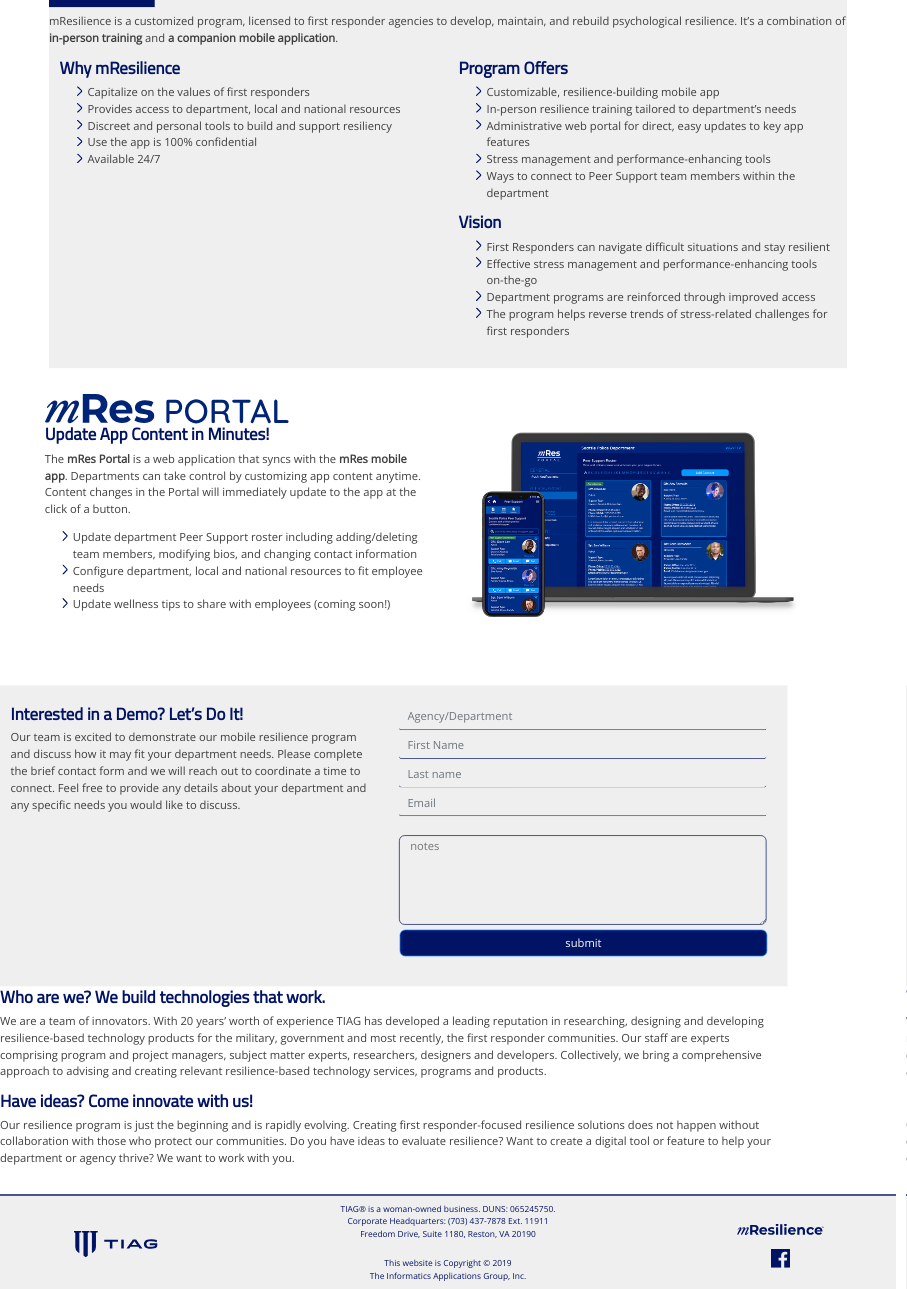
Repository: shenjune/mResilienceWebsite
Page: index.html
The author's editor kept a copy of each file at every save. The page is drawn from the files as they stood at one save, then again after the next save.
The browser window is 1280 px wide. The page is 1295 px wide, so the pictures cover 1295 px, including what lies to the right of the window. The pictures show the part of the page from y = 1303 to 3183 px (the page is 3145 px tall before and 3183 px after), at 70% of full size.
Some web libraries are served in a nearby version.

Above is the page before, as saved 2019-11-11 08:25:49.

After the next save:
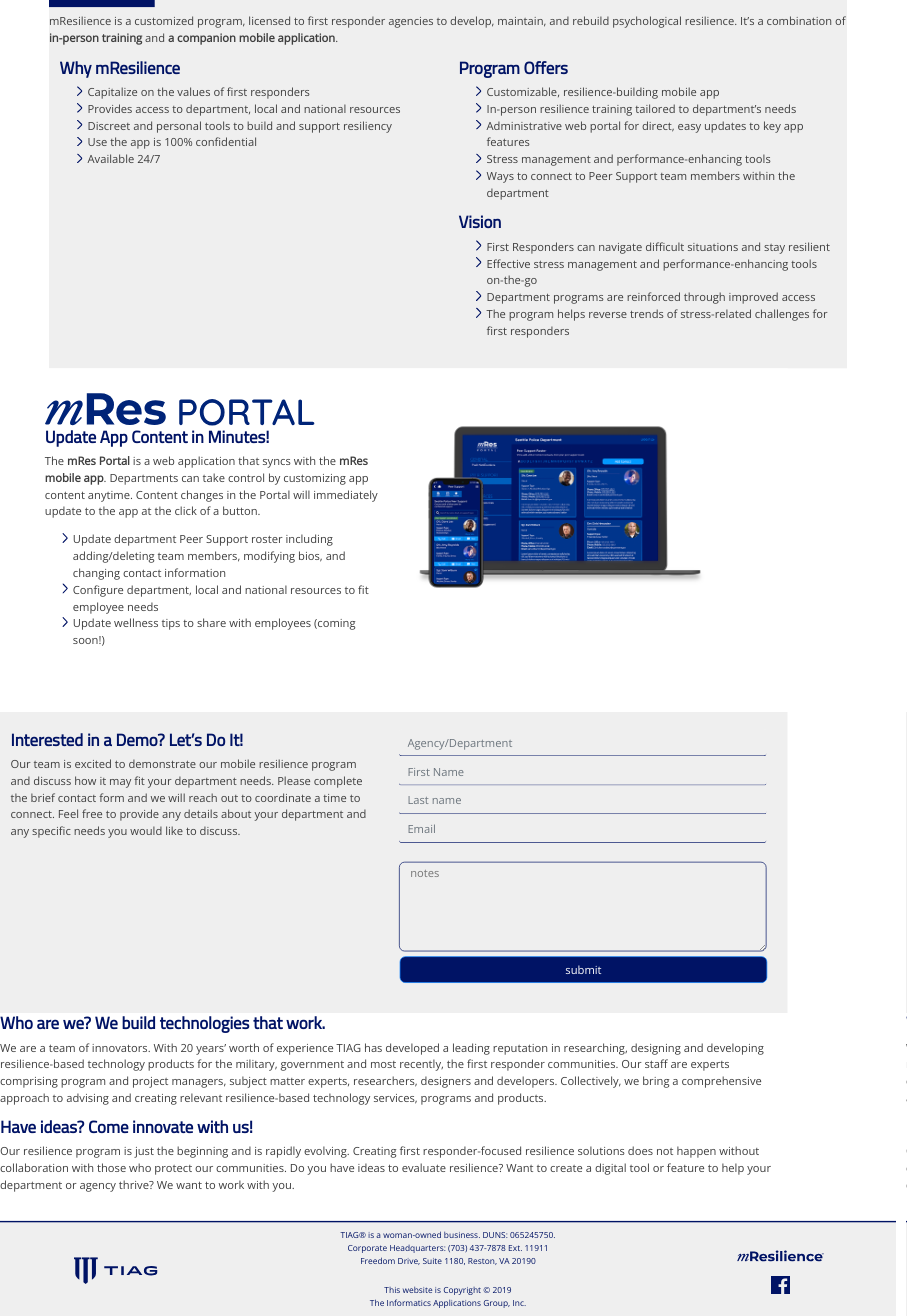
Saved 21 s later.
--- a/index.html
+++ b/index.html
@@ -208,7 +208,7 @@
 	</div>
 
 	<!-- 04 PORTAL DIV -->
-	<div id= "portal-div" class="row">
+	<div id="portal-div" class="container row">
 		<!-- div for the portal text -->
 		<div class="col-lg-6 ml-auto col-sm-12">
 			<img id="portallogo" src="Assets/Images/portallogo2.svg" alt="mResLogo">
